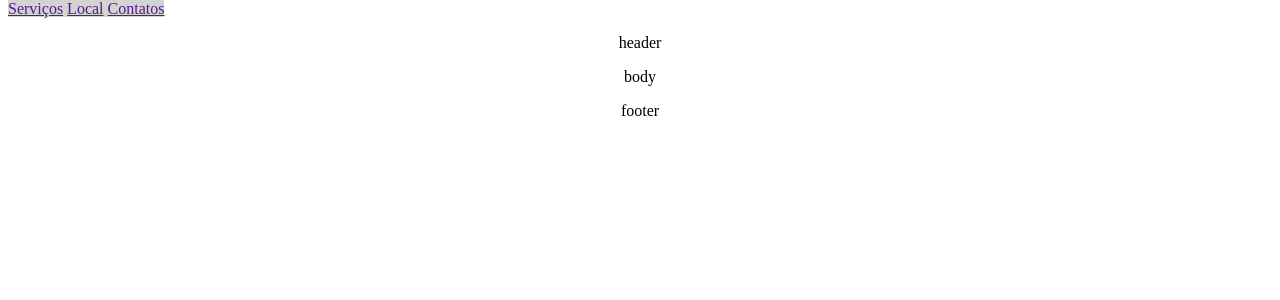
Repository: marllon-hetzler/Site-Salvatore-Barbearia
Page: home.html
The author's editor kept a copy of each file at every save. The page is drawn from the files as they stood at one save, then again after the next save.
The browser window is 1280 px wide. The pictures show the whole page.

Above is the page before, as saved 2023-02-18 14:07:20.

After the next save:
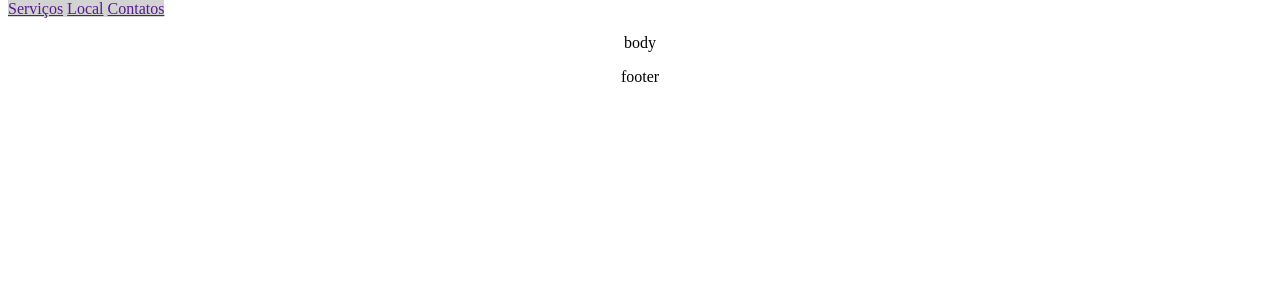
Saved 17 s later.
--- a/home.html
+++ b/home.html
@@ -30,9 +30,7 @@
             <a href="">Serviços</a>
             <a href="">Local</a>
             <a href=""> Contatos </a>
-
-            <p>header</p>
-        </header>
+</header>
         <p>body</p>
         <footer>
             <p>footer</p>
